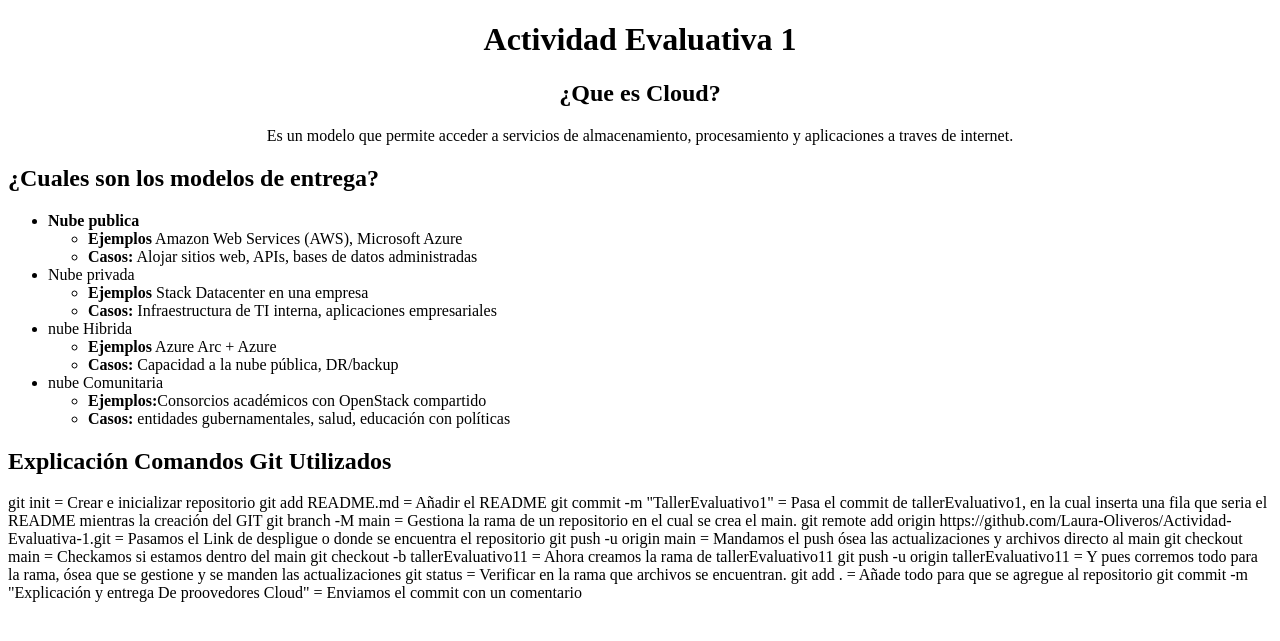
Repository: Laura-Oliveros/Actividad-Evaluativa-1
Page: LauSebas.html
The author's editor kept a copy of each file at every save. The page is drawn from the files as they stood at one save, then again after the next save.
The browser window is 1280 px wide. The pictures show the whole page.

Above is the page before, as saved 2025-09-04 19:41:07.

After the next save:
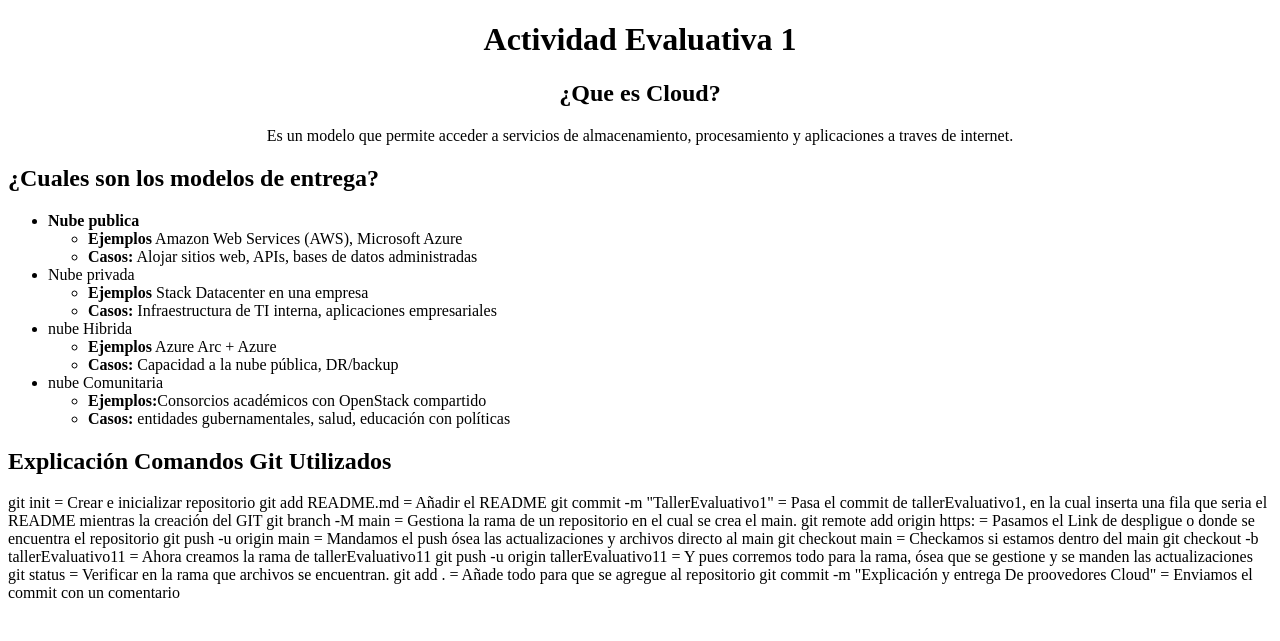
Saved 8 s later.
--- a/LauSebas.html
+++ b/LauSebas.html
@@ -47,7 +47,7 @@
             git add README.md = Añadir el README
             git commit -m "TallerEvaluativo1" = Pasa el commit de tallerEvaluativo1, en la cual inserta una fila que seria el README mientras la creación del GIT
             git branch -M main = Gestiona la rama de un repositorio en el cual se crea el main.
-            git remote add origin https://github.com/Laura-Oliveros/Actividad-Evaluativa-1.git = Pasamos el Link de despligue o donde se encuentra el repositorio
+            git remote add origin https: = Pasamos el Link de despligue o donde se encuentra el repositorio
             git push -u origin main = Mandamos el push ósea las actualizaciones y archivos directo al main
             git checkout main = Checkamos si estamos dentro del main
             git checkout -b tallerEvaluativo11 = Ahora creamos la rama de tallerEvaluativo11
